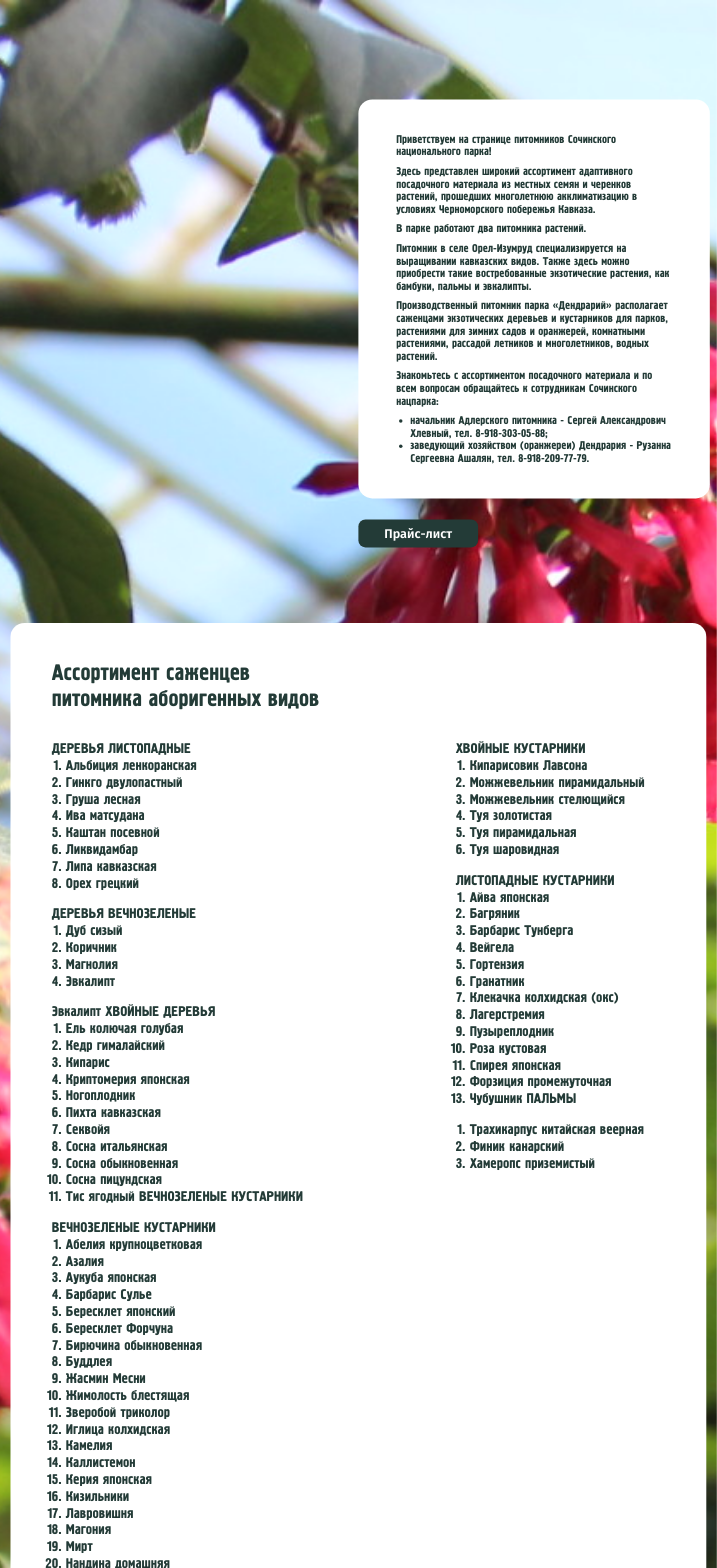
Repository: sem1103/np-sochi
Page: index.html
These files come from the project's save history. The page is drawn as it stood at one moment and after the next save; the edit follows.
The browser window is 1024 px wide. The pictures show the part of the page from y = 0 to 2240 px (the page is 4224 px tall before and 4259 px after), at 70% of full size.

Above is the page before, as saved 2024-01-17 22:30:42.

After the next save:
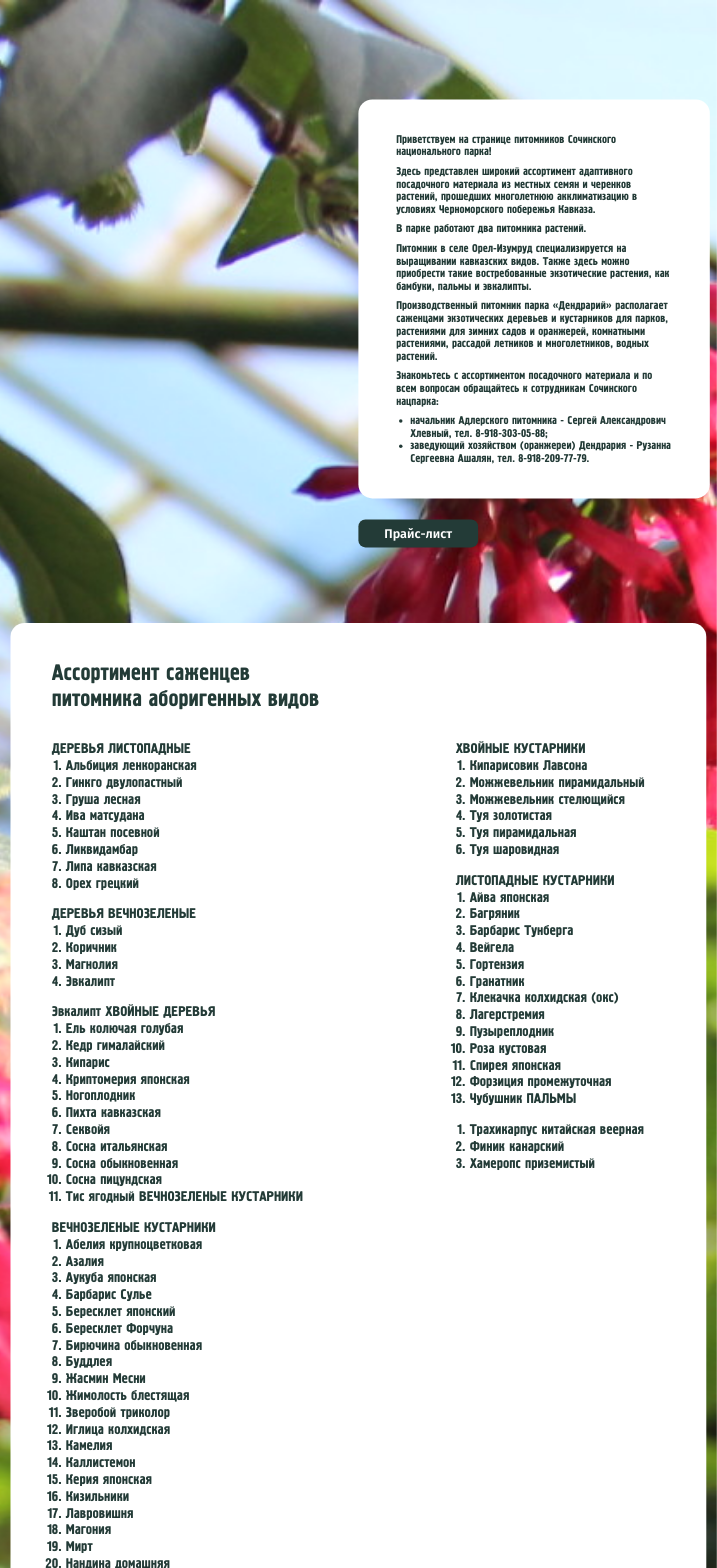
Saved 9 s later.
--- a/styles/main.css
+++ b/styles/main.css
@@ -106,7 +106,7 @@ ol button{
         flex-direction: column;
     }
     .item:first-child{
-        margin: 0 0 15px 0;
+        margin: 0 0 50px 0;
     }
 }
 @media only screen and (max-width:1000px) {
